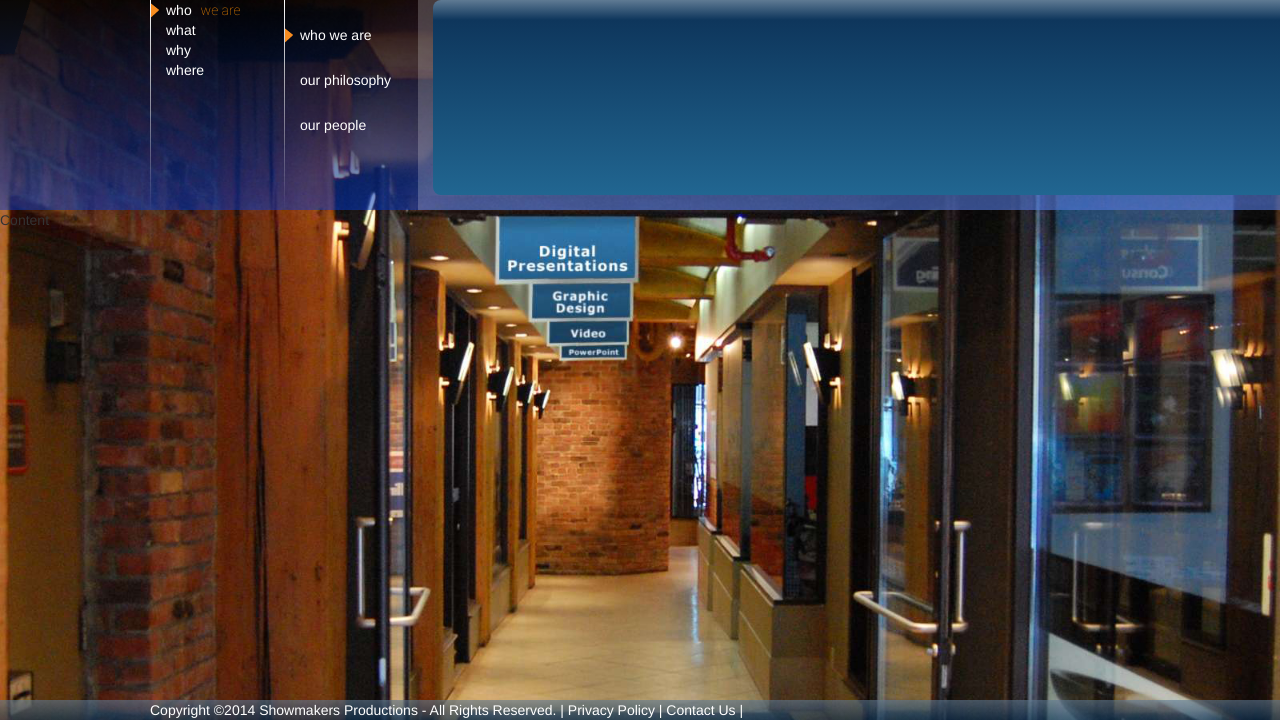
Repository: EddieMachete/showmakers
Page: index.html
The author's editor kept a record of every edit. The page is drawn from the files as they stood at one moment, then again after the next edit.
The browser window is 1280 px wide. The pictures show the whole page.

Above is the page before.
Console error: TypeError: Cannot read properties of undefined (reading 'querySelector')

After the next edit:
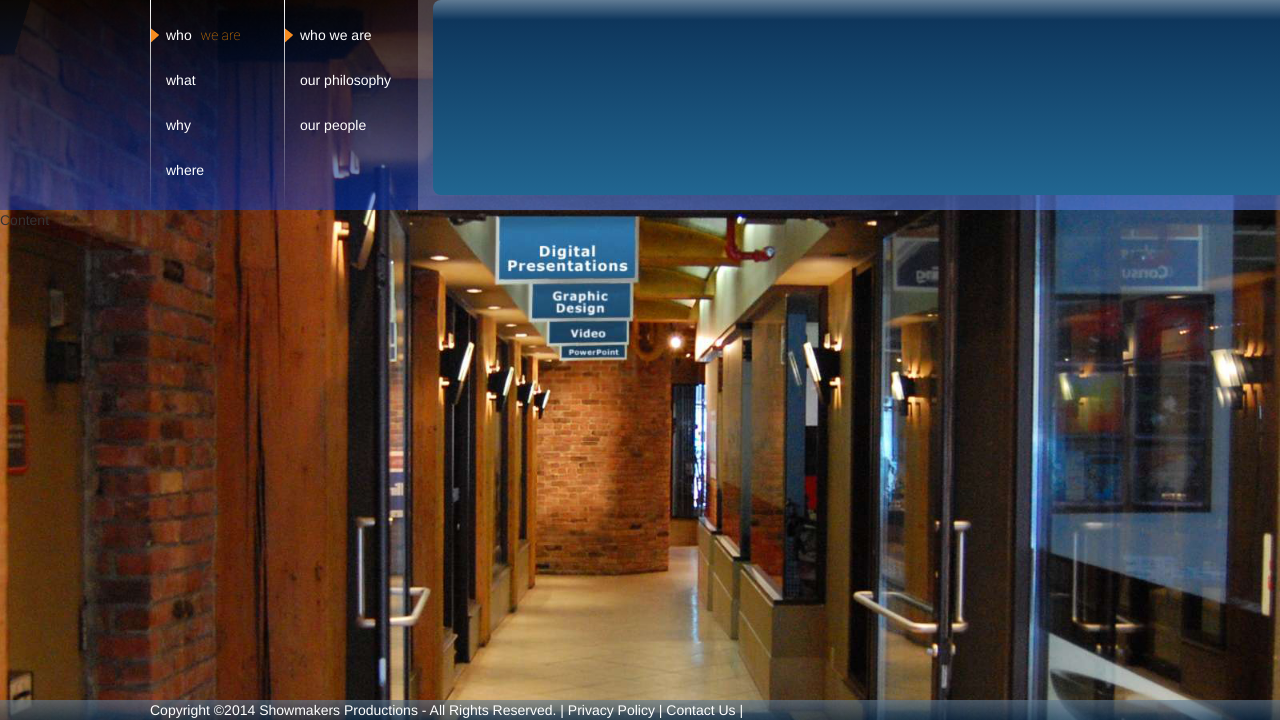
The edit:
--- a/Css/main.css
+++ b/Css/main.css
@@ -207,7 +207,8 @@
 	display: block;
 }
 
-.l-navigation .sub-sections.is-active .tall {
+.l-navigation .sections .tall,
+.l-navigation .sub-sections.is-expanded .tall {
 	margin: 25px 0;
 }
 
